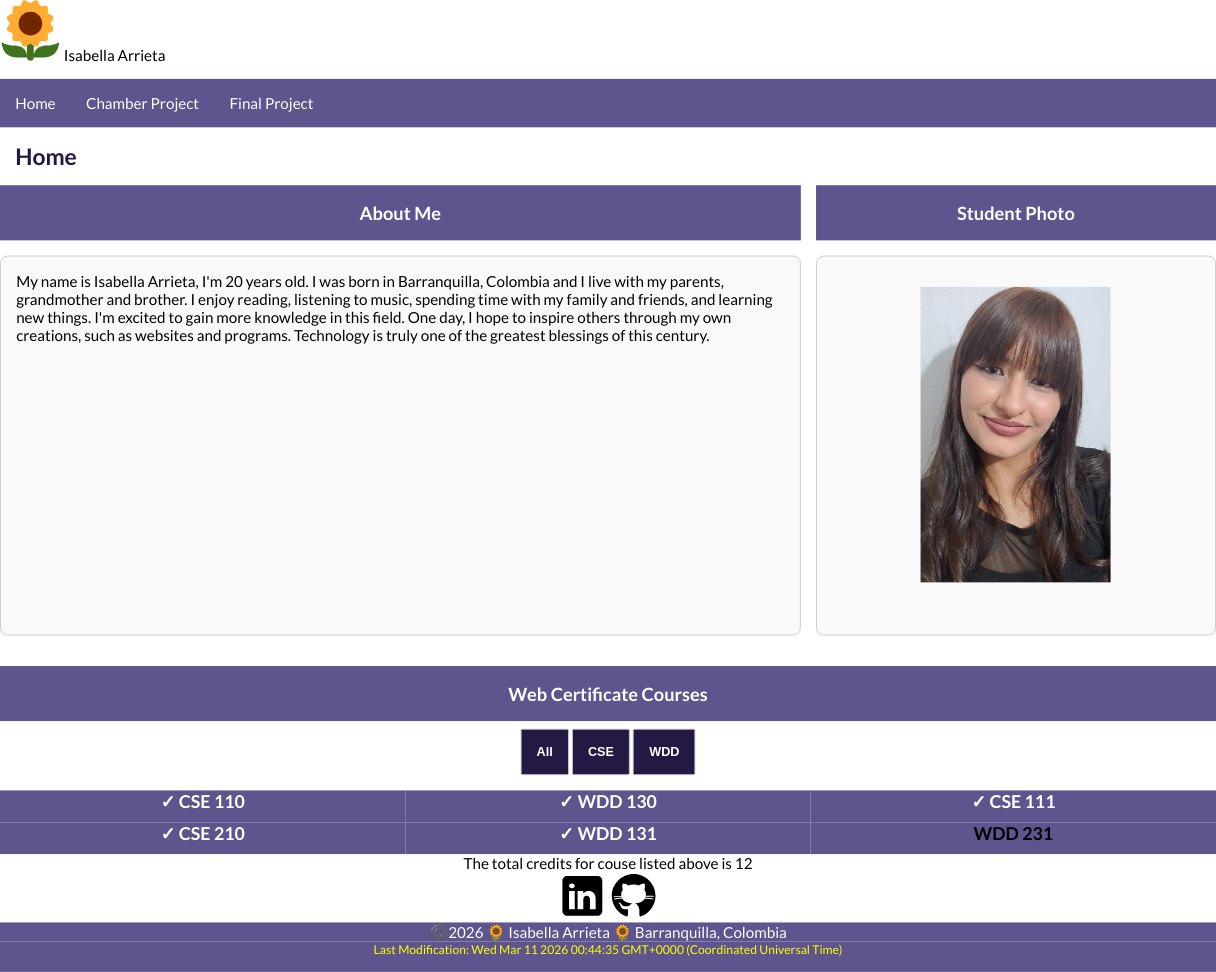
Repository: isaAJ05/wdd231
Page: index.html
An editor plug-in stored every save of this project. The page is shown before and after the next save, followed by the edit.
The browser window is 1280 px wide. The pictures show the whole page, at 95% of full size.
Some web fonts or font styles are not loaded; a fallback is used.

Above is the page before, as saved 2026-03-11 01:17:14.

After the next save:
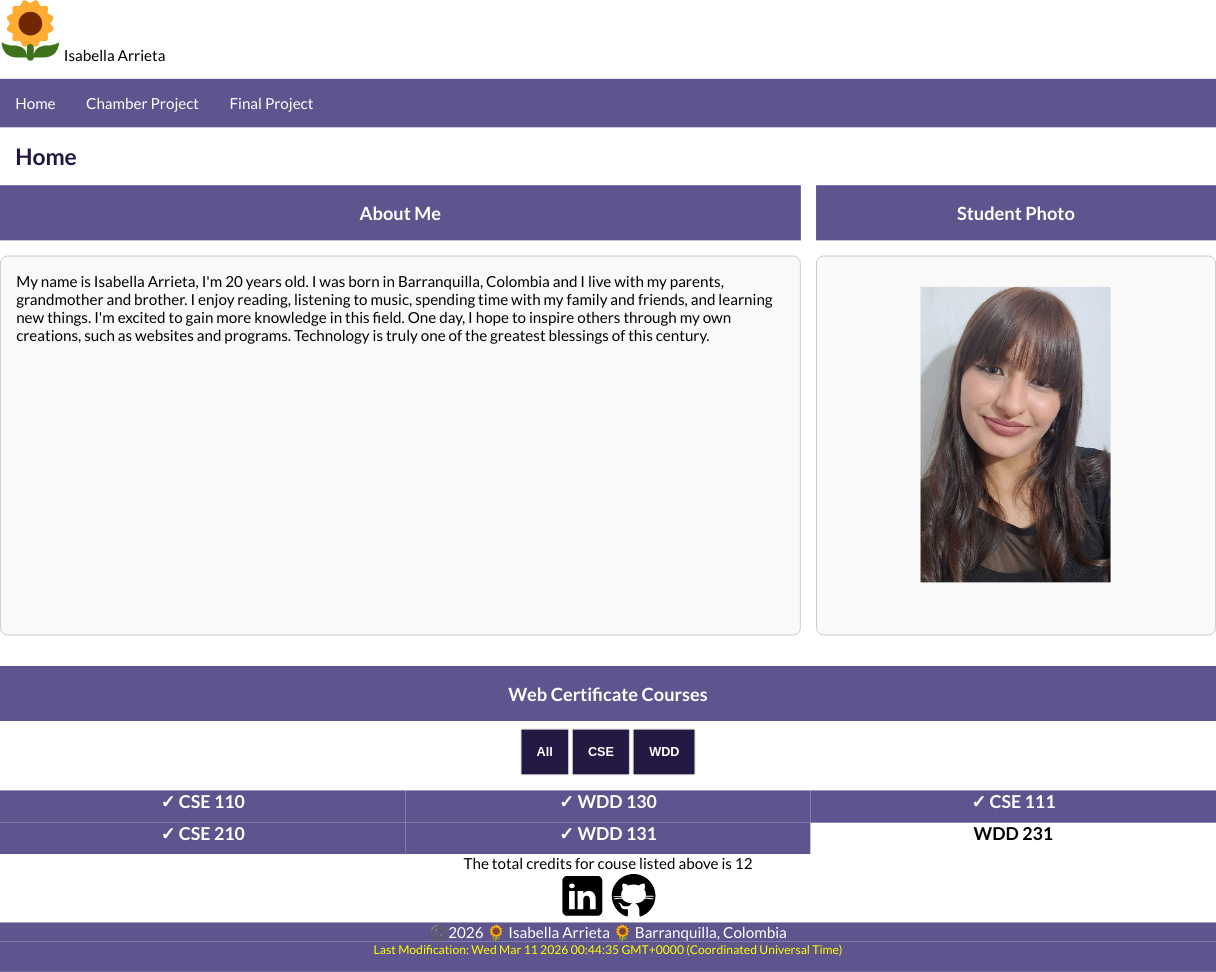
Saved 5 s later.
--- a/styles/normalize.css
+++ b/styles/normalize.css
@@ -130,10 +130,7 @@
 	height: 75px;
 	padding-top: 0.5rem;
 }
-.course-card{
-	background-color: var(--secondary-color);
-	color: #000;
-}
+
 .course-buttons button{
 	padding: .5rem 1rem;
 	border: none;

After the save that followed:
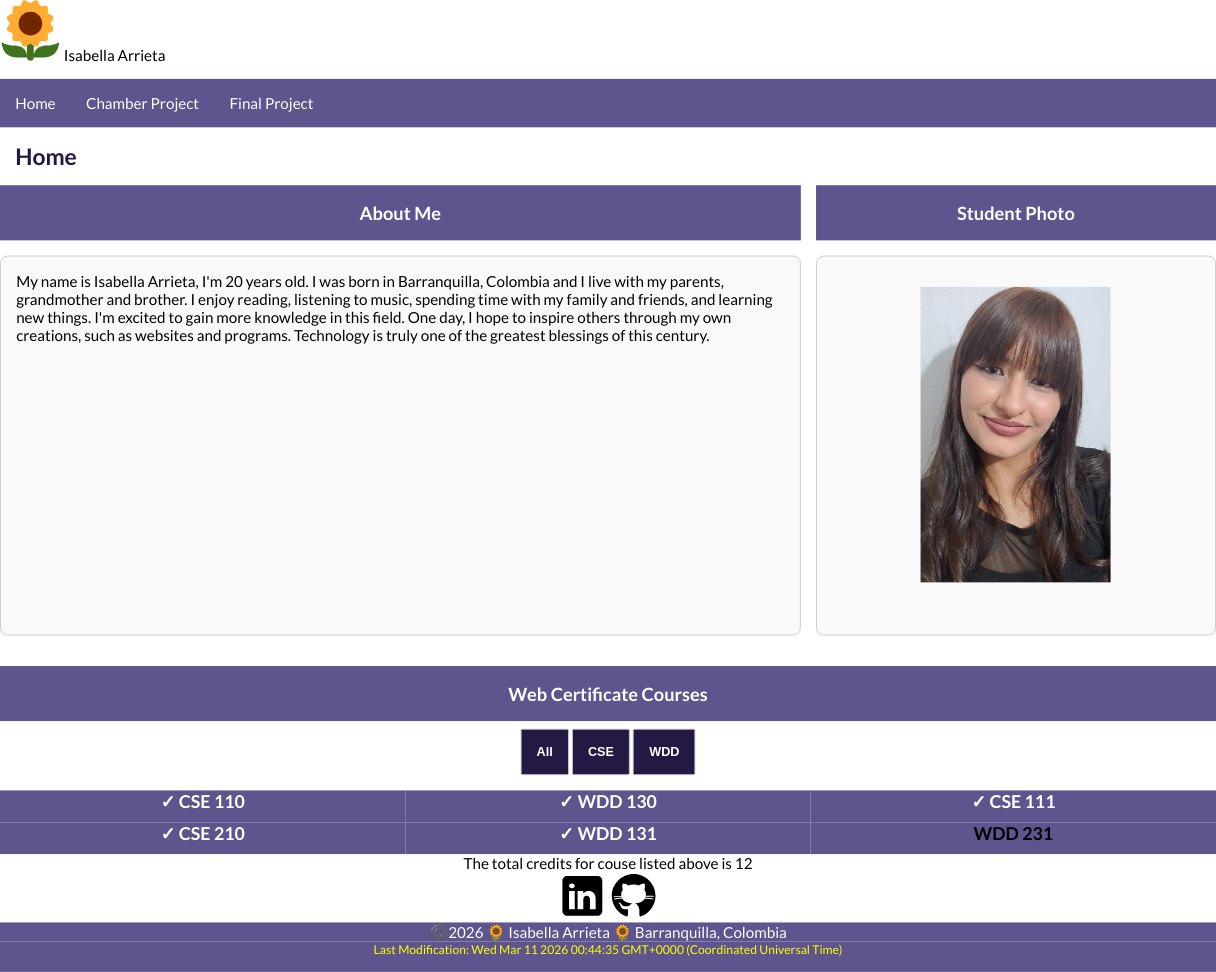
Saved 21 s later.
--- a/styles/normalize.css
+++ b/styles/normalize.css
@@ -130,7 +130,10 @@
 	height: 75px;
 	padding-top: 0.5rem;
 }
-
+.course-card{
+	background-color: var(--secondary-color);
+	color: #000;
+}
 .course-buttons button{
 	padding: .5rem 1rem;
 	border: none;
